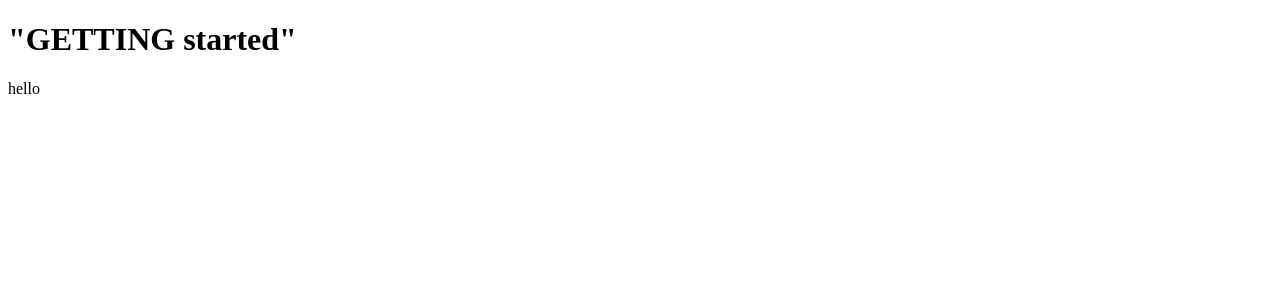
Repository: rosielee09/D3-H-week1
Page: /
These files come from the project's save history. The page is drawn as it stood at one moment and after the next save; the edit follows.
The browser window is 1280 px wide. The pictures show the whole page.
The project was rebuilt for these pictures with package versions that can differ from the ones it lists, and the page was loaded fresh each time. Also part of the build but not shown: vite.config.js, src/index.css.

Above is the page before, as saved 2025-09-10 13:31:38.

### index.html
<!DOCTYPE html>
<html lang="en">
	<head>
		<meta charset="UTF-8" />
		<!-- <link rel="icon" type="image/svg+xml" href="/vite.svg" /> -->

		<link rel="icon" href="/favicon.ico" />

		<title>Getting started with React - Rosie</title>
	</head>
	<body>
		<div id="root"></div>
		<script type="module" src="/src/main.jsx"></script>
	</body>
</html>

### src/App.jsx
function App() {
	return (
		<div>
			<h1> "GETTING started"</h1>
			<p>hello</p>
		</div>
	);
}

export default App;

Loaded but not shown: src/main.jsx (common file)

After the next save:
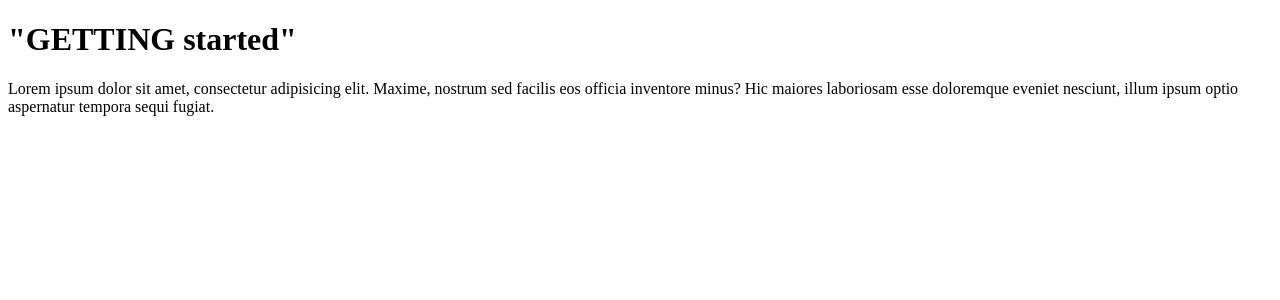
Saved 13 s later.
--- a/src/App.jsx
+++ b/src/App.jsx
@@ -2,7 +2,14 @@ function App() {
 	return (
 		<div>
 			<h1> "GETTING started"</h1>
-			<p>hello</p>
+			<p>
+				Lorem ipsum dolor sit amet, consectetur
+				adipisicing elit. Maxime, nostrum sed facilis
+				eos officia inventore minus? Hic maiores
+				laboriosam esse doloremque eveniet nesciunt,
+				illum ipsum optio aspernatur tempora sequi
+				fugiat.
+			</p>
 		</div>
 	);
 }
